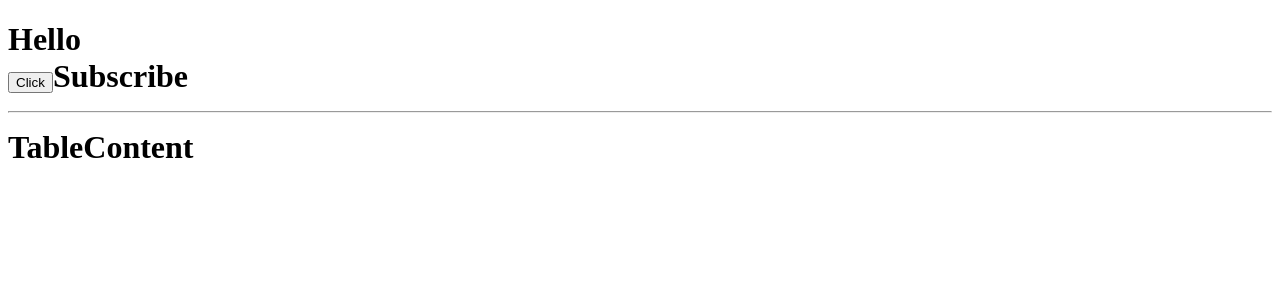
Repository: supakorn5039-boon/React-s
Page: /
The author's editor kept a copy of each file at every save. The page is drawn from the files as they stood at one save, then again after a run of saves.
The browser window is 1280 px wide. The pictures show the whole page.
The project was rebuilt for these pictures with package versions that can differ from the ones it lists, and the page was loaded fresh each time. Also part of the build but not shown: vite.config.js.

Above is the page before, as saved 2024-01-08 23:51:29.

### src/App.jsx
import Navbar from "./components/Navbar";
import TableContent from "./components/TableContent";

export default function App() {
  var name = "Boon";

  const handleShow = () => {
    console.log("Click");
  };


  return (
    <h1>
      Hello
      <Navbar text={name} handleShow={handleShow} />
      <hr />
      <TableContent />
    </h1>
  );
}

### src/components/Navbar.jsx
import { useState } from "react";

/* eslint-disable react/prop-types */
export default function Navbar(props) {
  const [n] = useState("Subscribe");

  return (
    <div>
      <button onClick={props.handleShow}>Click</button>
      {n}
    </div>
  );
}

### src/components/TableContent.jsx
export default function TableContent() {
  return <div>TableContent</div>;
}

Loaded but not shown: index.html (common file); src/main.jsx (common file)

After the next 3 saves:
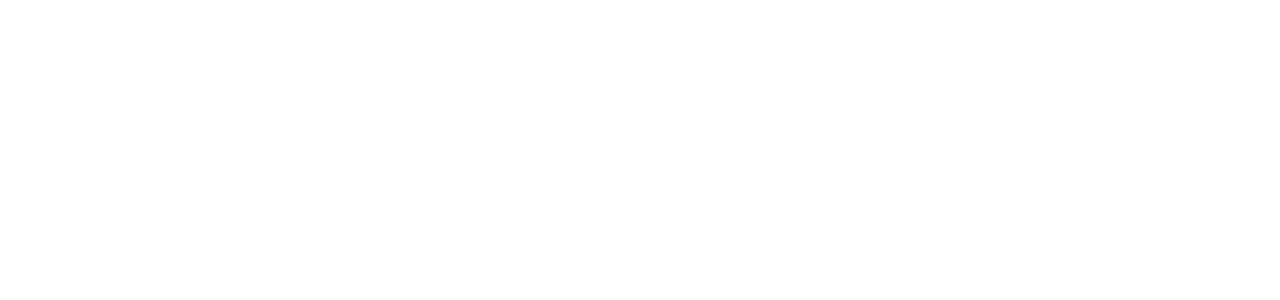
Console error: ReferenceError: n is not defined
The 3 saves are shown as one change because they came seconds apart.
The last was saved 26 s later.
--- a/src/components/Navbar.jsx
+++ b/src/components/Navbar.jsx
@@ -2,7 +2,7 @@
 
 /* eslint-disable react/prop-types */
 export default function Navbar(props) {
-  const [n] = useState("Subscribe");
+  const [sub,setSub] = useState("Subscribe");
 
   return (
     <div>

After the save that followed:
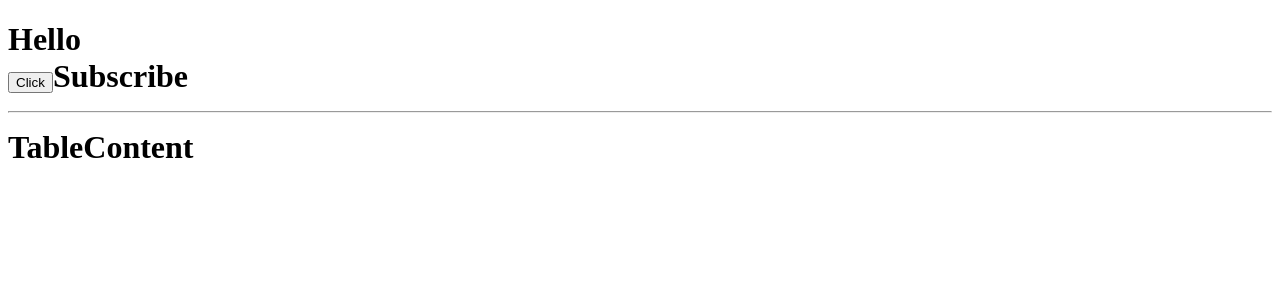
The error is gone.
Saved 10 s later.
--- a/src/components/Navbar.jsx
+++ b/src/components/Navbar.jsx
@@ -2,12 +2,12 @@
 
 /* eslint-disable react/prop-types */
 export default function Navbar(props) {
-  const [sub,setSub] = useState("Subscribe");
+  const [sub, setSub] = useState("Subscribe");
 
   return (
     <div>
       <button onClick={props.handleShow}>Click</button>
-      {n}
+      {sub}
     </div>
   );
 }
